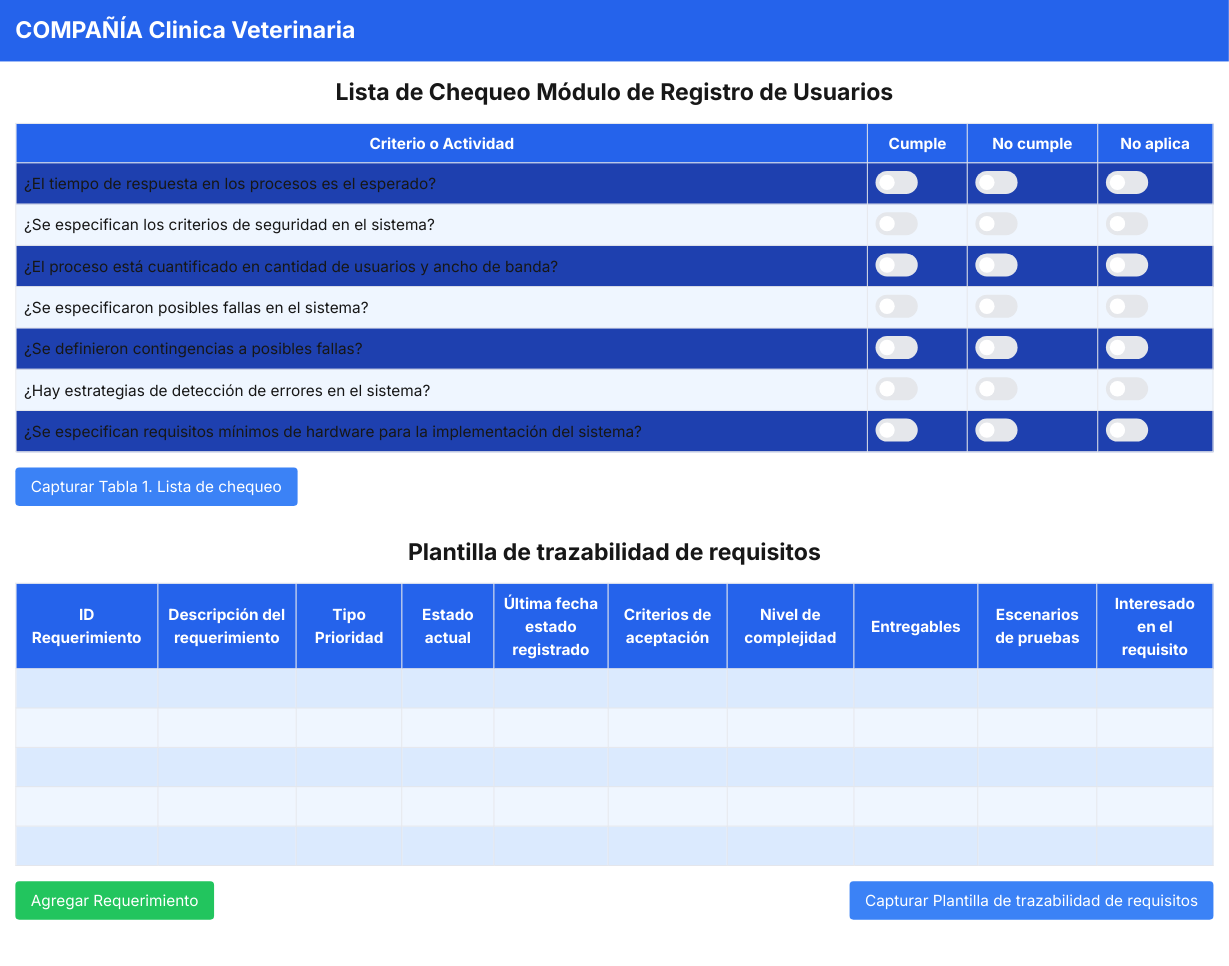
Repository: CiroAlfa/lista-de-Chequeo
Page: /
An editor plug-in stored every save of this project. The page is shown before and after the next save, followed by the edit.
The browser window is 1280 px wide. The pictures show the whole page, at 96% of full size.
The project was rebuilt for these pictures with package versions that can differ from the ones it lists, and the page was loaded fresh each time. The framework's server and built-in components were replaced by stand-ins that run in the browser. Also part of the build but not shown: next.config.mjs.

Above is the page before, as saved 2024-09-27 13:11:30.

### src/app/layout.tsx
import './globals.css'
import type { Metadata } from 'next'
import { Inter } from 'next/font/google'

const inter = Inter({ subsets: ['latin'] })

export const metadata: Metadata = {
  title: 'Checklist App - Clinica Veterinaria',
  description: 'Aplicación de chequeo y trazabilidad de requisitos',
}

export default function RootLayout({
  children,
}: {
  children: React.ReactNode
}) {
  return (
    <html lang="es">
      <body className={inter.className}>
        <header className="bg-blue-600 text-white p-4">
          <h1 className="text-2xl font-bold">COMPAÑÍA Clinica Veterinaria</h1>
        </header>
        {children}
      </body>
    </html>
  )
}

### src/app/page.tsx
'use client'

import { useState } from 'react'
import { Switch } from '@headlessui/react'
import html2canvas from 'html2canvas'

interface ChecklistItem {
  id: number
  criteria: string
  cumple: boolean
  noCumple: boolean
  noAplica: boolean
}

interface RequirementItem {
  id: string
  description: string
  priority: string
  status: string
  lastUpdated: string
  acceptanceCriteria: string
  complexity: string
  deliverables: string
  testScenarios: string
  stakeholder: string
}

const initialChecklist: ChecklistItem[] = [
  { id: 1, criteria: '¿El tiempo de respuesta en los procesos es el esperado?', cumple: false, noCumple: false, noAplica: false },
  { id: 2, criteria: '¿Se especifican los criterios de seguridad en el sistema?', cumple: false, noCumple: false, noAplica: false },
  { id: 3, criteria: '¿El proceso está cuantificado en cantidad de usuarios y ancho de banda?', cumple: false, noCumple: false, noAplica: false },
  { id: 4, criteria: '¿Se especificaron posibles fallas en el sistema?', cumple: false, noCumple: false, noAplica: false },
  { id: 5, criteria: '¿Se definieron contingencias a posibles fallas?', cumple: false, noCumple: false, noAplica: false },
  { id: 6, criteria: '¿Hay estrategias de detección de errores en el sistema?', cumple: false, noCumple: false, noAplica: false },
  { id: 7, criteria: '¿Se especifican requisitos mínimos de hardware para la implementación del sistema?', cumple: false, noCumple: false, noAplica: false },
]

const initialRequirements: RequirementItem[] = Array(5).fill(null).map((_, index) => ({
  id: ``,
  description: '',
  priority: '',
  status: '',
  lastUpdated: '',
  acceptanceCriteria: '',
  complexity: '',
  deliverables: '',
  testScenarios: '',
  stakeholder: '',
}))

export default function Home() {
  const [checklist, setChecklist] = useState<ChecklistItem[]>(initialChecklist)
  const [requirements, setRequirements] = useState<RequirementItem[]>(initialRequirements)

  const handleChecklistChange = (id: number, field: 'cumple' | 'noCumple' | 'noAplica') => {
    setChecklist(checklist.map(item => {
      if (item.id === id) {
        const newItem = { ...item, [field]: !item[field] }
        if (newItem[field]) {
          newItem.cumple = field === 'cumple'
          newItem.noCumple = field === 'noCumple'
          newItem.noAplica = field === 'noAplica'
        }
        return newItem
      }
      return item
    }))
  }

  const handleRequirementChange = (id: string, field: keyof RequirementItem, value: string) => {
    setRequirements(requirements.map(item =>
      item.id === id ? { ...item, [field]: value } : item
    ))
  }

  const addRequirement = () => {
    const newId = `REQ00${requirements.length + 1}`
    setRequirements([...requirements, {
      id: newId,
      description: '',
      priority: '',
      status: '',
      lastUpdated: '',
      acceptanceCriteria: '',
      complexity: '',
      deliverables: '',
      testScenarios: '',
      stakeholder: '',
    }])
  }

  const captureScreenshot = async (elementId: string, fileName: string) => {
    const element = document.getElementById(elementId)
    if (element) {
      const canvas = await html2canvas(element)
      const image = canvas.toDataURL('image/png')
      const link = document.createElement('a')
      link.href = image
      link.download = fileName
      link.click()
    }
  }

  return (
    <main className="container mx-auto p-4">
      <div className="mb-8" id="checklist-table">
        <h2 className="text-2xl font-bold mb-4 text-center">Lista de Chequeo Módulo de Registro de Usuarios</h2>
        <table className="w-full border-collapse">
          <thead>
            <tr className="bg-blue-600 text-white">
              <th className="border p-2">Criterio o Actividad</th>
              <th className="border p-2">Cumple</th>
              <th className="border p-2">No cumple</th>
              <th className="border p-2">No aplica</th>
            </tr>
          </thead>
          <tbody>
            {checklist.map((item, index) => (
              <tr key={item.id} className={index % 2 === 0 ? 'bg-blue-800' : 'bg-blue-50'}>
                <td className="border p-2">{item.criteria}</td>
                <td className="border p-2">
                  <Switch
                    checked={item.cumple}
                    onChange={() => handleChecklistChange(item.id, 'cumple')}
                    className={`${item.cumple ? 'bg-blue-600' : 'bg-gray-200'} relative inline-flex h-6 w-11 items-center rounded-full`}
                  >
                    <span className={`${item.cumple ? 'translate-x-6' : 'translate-x-1'} inline-block h-4 w-4 transform rounded-full bg-white transition`} />
                  </Switch>
                </td>
                <td className="border p-2">
                  <Switch
                    checked={item.noCumple}
                    onChange={() => handleChecklistChange(item.id, 'noCumple')}
                    className={`${item.noCumple ? 'bg-blue-600' : 'bg-gray-200'} relative inline-flex h-6 w-11 items-center rounded-full`}
                  >
                    <span className={`${item.noCumple ? 'translate-x-6' : 'translate-x-1'} inline-block h-4 w-4 transform rounded-full bg-white transition`} />
                  </Switch>
                </td>
                <td className="border p-2">
                  <Switch
                    checked={item.noAplica}
                    onChange={() => handleChecklistChange(item.id, 'noAplica')}
                    className={`${item.noAplica ? 'bg-blue-600' : 'bg-gray-200'} relative inline-flex h-6 w-11 items-center rounded-full`}
                  >
                    <span className={`${item.noAplica ? 'translate-x-6' : 'translate-x-1'} inline-block h-4 w-4 transform rounded-full bg-white transition`} />
                  </Switch>
                </td>
              </tr>
            ))}
          </tbody>
        </table>
        <button
          onClick={() => captureScreenshot('checklist-table', 'lista-de-chequeo.png')}
          className="mt-4 bg-blue-500 text-white px-4 py-2 rounded hover:bg-blue-600 transition-colors"
        >
          Capturar Tabla 1. Lista de chequeo
        </button>
      </div>

      <div className="mb-8" id="requirements-table">
        <h2 className="text-2xl font-bold mb-4 text-center">Plantilla de trazabilidad de requisitos</h2>
        <table className="w-full border-collapse">
          <thead>
            <tr className="bg-blue-600 text-white">
              <th className="border p-2">ID Requerimiento</th>
              <th className="border p-2">Descripción del requerimiento</th>
              <th className="border p-2">Tipo Prioridad</th>
              <th className="border p-2">Estado actual</th>
              <th className="border p-2">Última fecha estado registrado</th>
              <th className="border p-2">Criterios de aceptación</th>
              <th className="border p-2">Nivel de complejidad</th>
              <th className="border p-2">Entregables</th>
              <th className="border p-2">Escenarios de pruebas</th>
              <th className="border p-2">Interesado en el requisito</th>
            </tr>
          </thead>
          <tbody>
            {requirements.map((item, index) => (
              <tr key={index} className={index % 2 === 0 ? 'bg-blue-100' : 'bg-blue-50'}>
                <td className="border p-2">
                  <input
                    type="text"
                    value={item.id}
                    onChange={(e) => handleRequirementChange(item.id, 'id', e.target.value)}
                    className="w-full bg-transparent"
                  />
                </td>
                <td className="border p-2">
                  <input
                    type="text"
                    value={item.description}
                    onChange={(e) => handleRequirementChange(item.id, 'description', e.target.value)}
                    className="w-full bg-transparent"
                  />
                </td>
                <td className="border p-2">
                  <input
                    type="text"
                    value={item.priority}
                    onChange={(e) => handleRequirementChange(item.id, 'priority', e.target.value)}
                    className="w-full bg-transparent"
                  />
                </td>
                <td className="border p-2">
                  <input
                    type="text"
                    value={item.status}
                    onChange={(e) => handleRequirementChange(item.id, 'status', e.target.value)}
                    className="w-full bg-transparent"
                  />
                </td>
                <td className="border p-2">
                  <input
                    type="text"
                    value={item.lastUpdated}
                    onChange={(e) => handleRequirementChange(item.id, 'lastUpdated', e.target.value)}
                    className="w-full bg-transparent"
                  />
                </td>
                <td className="border p-2">
                  <input
                    type="text"
                    value={item.acceptanceCriteria}
                    onChange={(e) => handleRequirementChange(item.id, 'acceptanceCriteria', e.target.value)}
                    className="w-full bg-transparent"
                  />
                </td>
                <td className="border p-2">
                  <input
                    type="text"
                    value={item.complexity}
                    onChange={(e) => handleRequirementChange(item.id, 'complexity', e.target.value)}
                    className="w-full bg-transparent"
                  />
                </td>
                <td className="border p-2">
                  <input
                    type="text"
                    value={item.deliverables}
                    onChange={(e) => handleRequirementChange(item.id, 'deliverables', e.target.value)}
                    className="w-full bg-transparent"
                  />
                </td>
                <td className="border p-2">
                  <input
                    type="text"
                    value={item.testScenarios}
                    onChange={(e) => handleRequirementChange(item.id, 'testScenarios', e.target.value)}
                    className="w-full bg-transparent"
                  />
                </td>
                <td className="border p-2">
                  <input
                    type="text"
                    value={item.stakeholder}
                    onChange={(e) => handleRequirementChange(item.id, 'stakeholder', e.target.value)}
                    className="w-full bg-transparent"
                  />
                </td>
              </tr>
            ))}
          </tbody>
        </table>
        <div className="mt-4 flex justify-between">
          <button
            onClick={addRequirement}
            className="bg-green-500 text-white px-4 py-2 rounded hover:bg-green-600 transition-colors"
          >
            Agregar Requerimiento
          </button>
          <button
            onClick={() => captureScreenshot('requirements-table', 'plantilla-trazabilidad-requisitos.png')}
            className="bg-blue-500 text-white px-4 py-2 rounded hover:bg-blue-600 transition-colors"
          >
            Capturar Plantilla de trazabilidad de requisitos
          </button>
        </div>
      </div>
    </main>
  )
}

Loaded but not shown: src/app/globals.css (common file); tailwind.config.ts (common file)

After the next save:
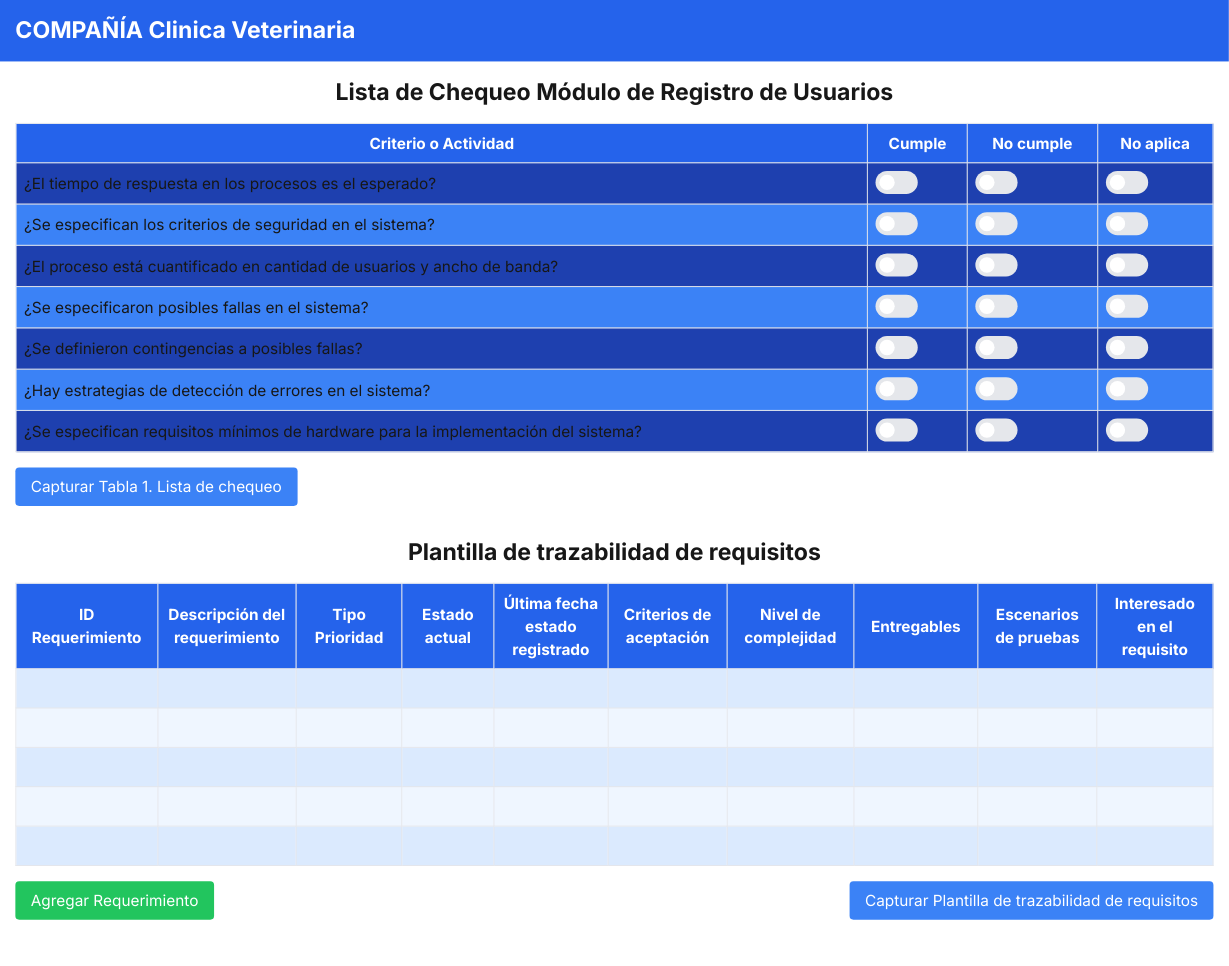
Saved 6 s later.
--- a/src/app/page.tsx
+++ b/src/app/page.tsx
@@ -116,7 +116,7 @@ export default function Home() {
           </thead>
           <tbody>
             {checklist.map((item, index) => (
-              <tr key={item.id} className={index % 2 === 0 ? 'bg-blue-800' : 'bg-blue-50'}>
+              <tr key={item.id} className={index % 2 === 0 ? 'bg-blue-800' : 'bg-blue-500'}>
                 <td className="border p-2">{item.criteria}</td>
                 <td className="border p-2">
                   <Switch
